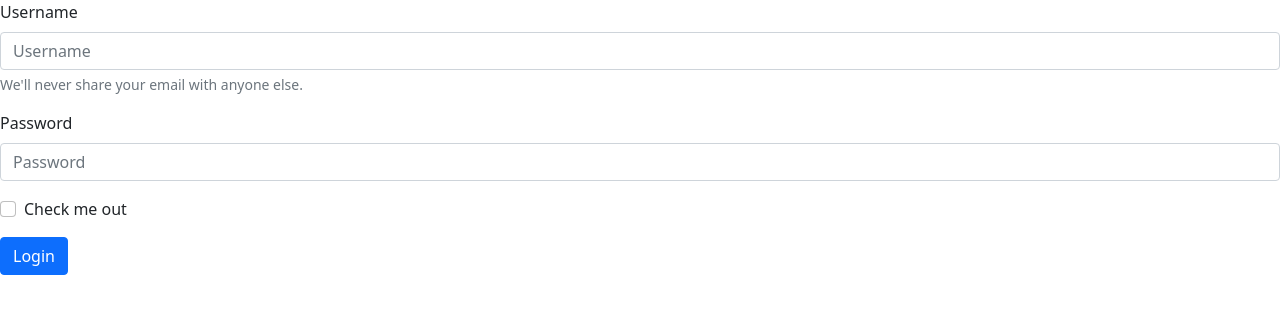
Repository: dilaraozdem1r/BooksApp
Page: /admin/page
An editor plug-in stored every save of this project. The page is shown before and after the next save, followed by the edit.
The browser window is 1280 px wide. The pictures show the whole page.
The page's requests for data from a server got no answer. The project was rebuilt for these pictures with package versions that can differ from the ones it lists, and the page was loaded fresh each time. No one was signed in, and anything a server would have sent is missing. Also part of the build but not shown: src/Components/BookList.js, src/Components/SearchBar.js.

Above is the page before, as saved 2021-08-20 13:14:50.

After the next save:
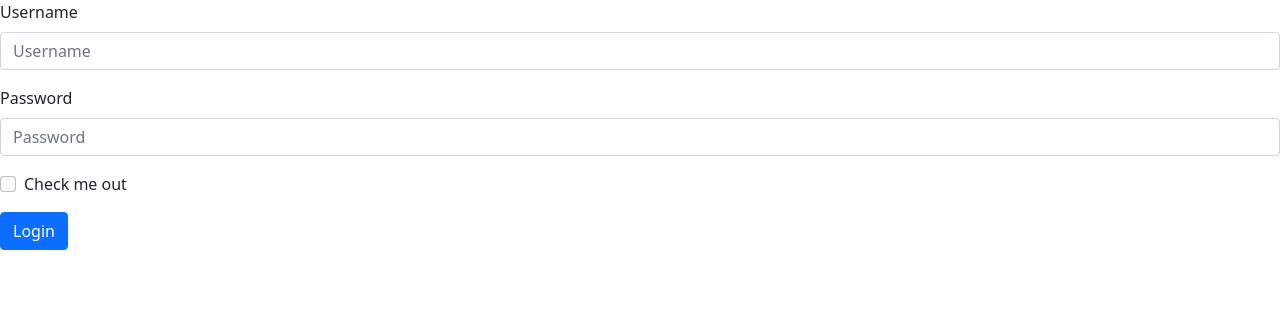
Saved 26 s later.
--- a/src/Components/Admin.js
+++ b/src/Components/Admin.js
@@ -10,7 +10,7 @@ class Admin extends React.Component {
                         <div class="mb-3">
                             <label for="exampleInputEmail1" class="form-label">Username</label>
                             <input type="text" class="form-control" placeholder="Username" aria-label="First name"/>
-                                <div id="emailHelp" class="form-text">We'll never share your email with anyone else.</div>
+
   </div>
                             <div class="mb-3">
                                 <label for="exampleInputPassword1" class="form-label">Password</label>
